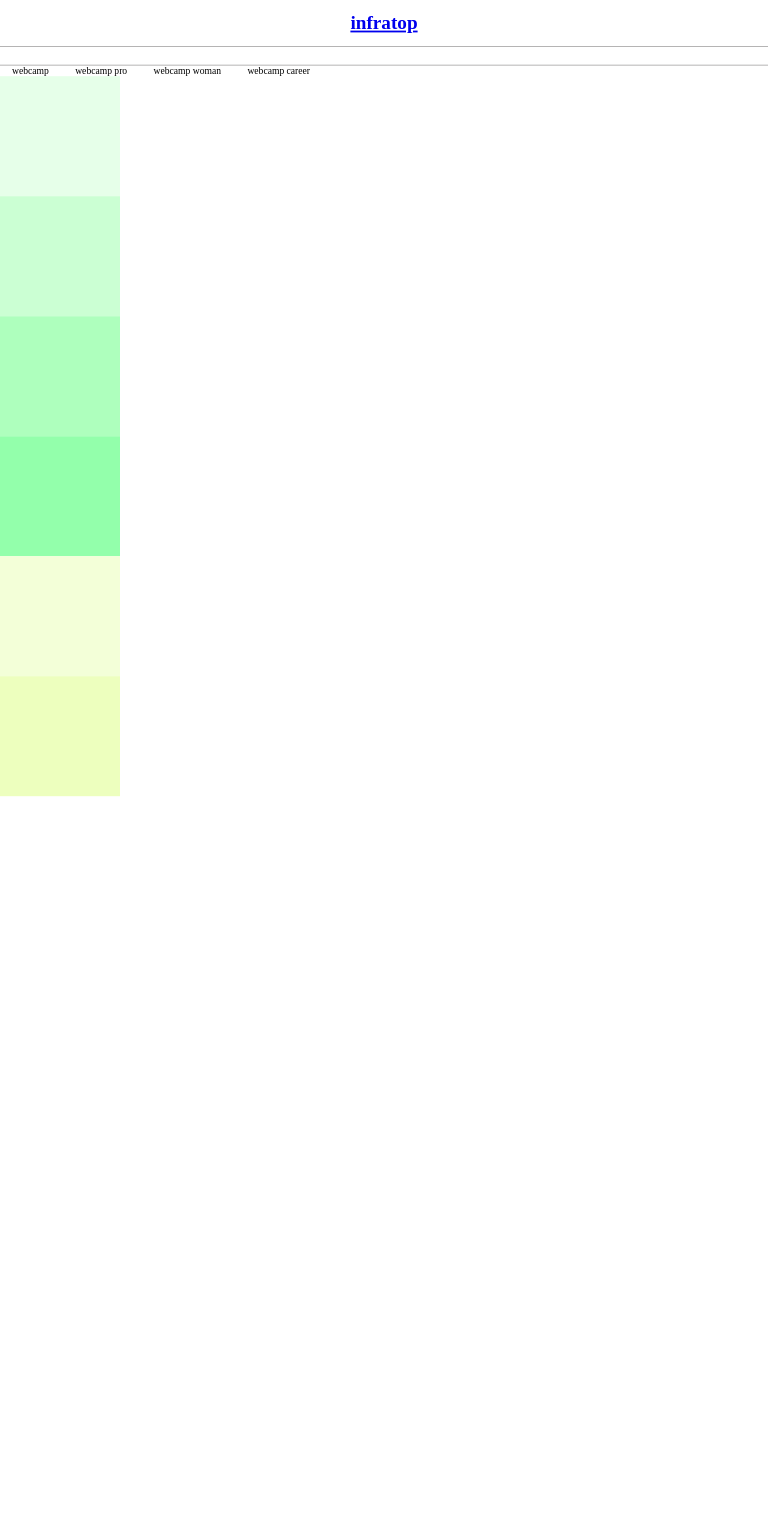
Repository: NANAKUNITA/chapter10
Page: chapter5/chapter5.html
The author's editor kept a record of every edit. The page is drawn from the files as they stood at one moment, then again after the next edit.
The browser window is 1280 px wide. The pictures show the whole page, at 60% of full size.

Above is the page before.

After the next edit:
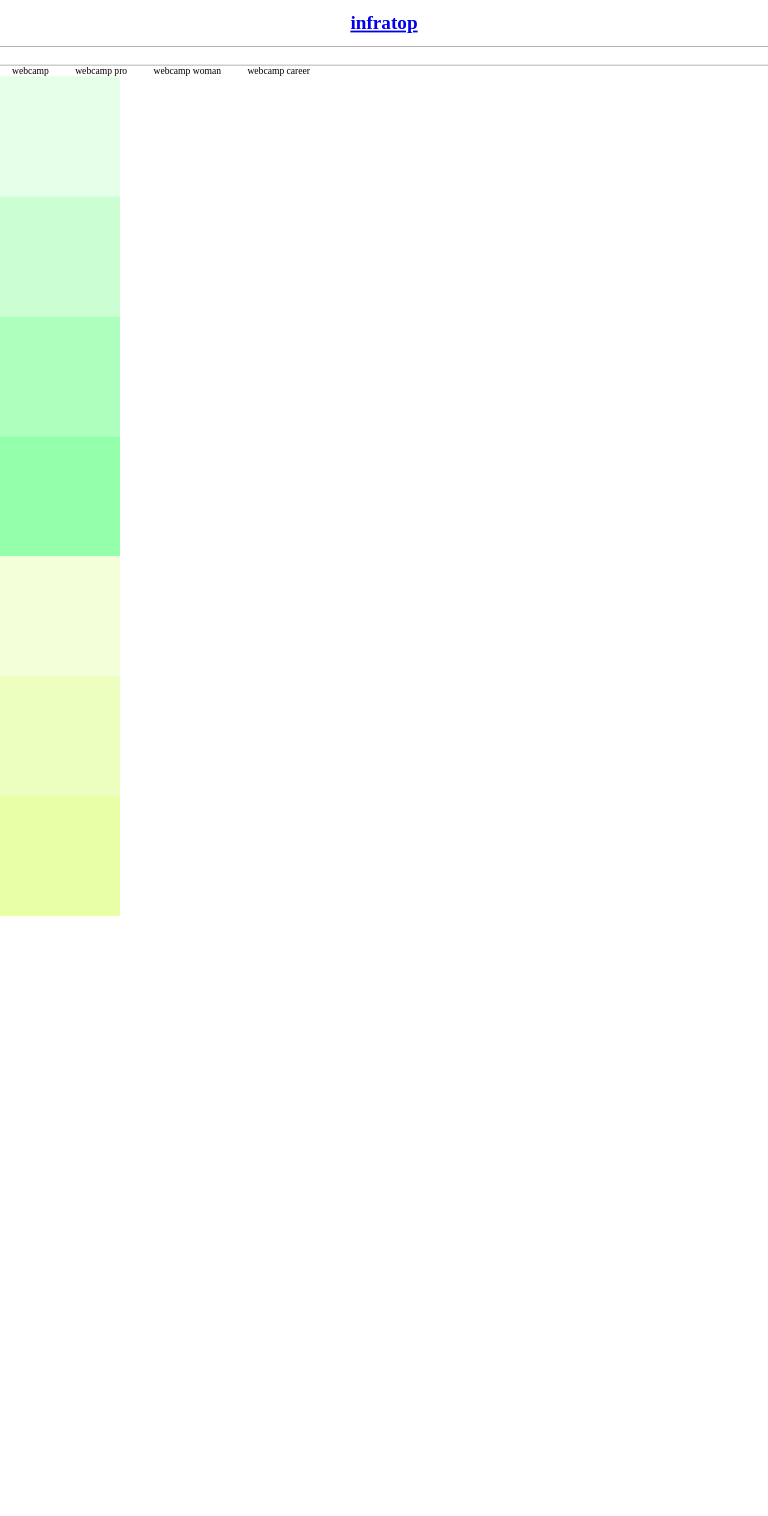
The edit:
--- a/chapter5/chapter5.css
+++ b/chapter5/chapter5.css
@@ -70,7 +70,7 @@
 .box7{
   width: 200px;
   height: 200px;
-  background-color: ;
+  background-color: #e9ffa5;
 }
 
 .box8{
